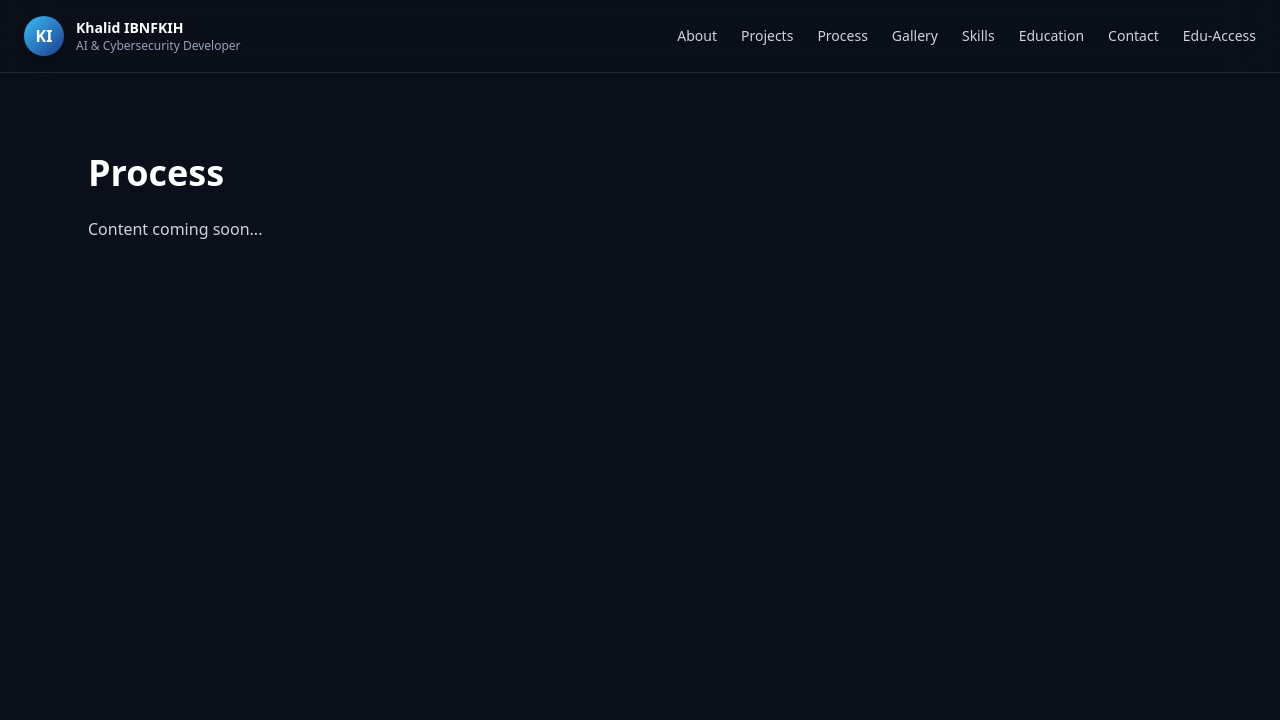
Repository: IBNKHALID06/KhalidAlxPortfolio
Page: /process
An editor plug-in stored every save of this project. The page is shown before and after the next save, followed by the edit.
The browser window is 1280 px wide. The pictures show the whole page.
The project was rebuilt for these pictures with package versions that can differ from the ones it lists, and the page was loaded fresh each time. Also part of the build but not shown: vite.config.js, src/pages/About.tsx, src/components/ProjectCard.tsx, src/pages/Projects.tsx, src/pages/Gallery.tsx, src/pages/Skills.tsx, src/pages/Education.tsx, src/pages/Contact.tsx and 1 more.

Above is the page before, as saved 2025-11-30 20:13:02.

After the next save:
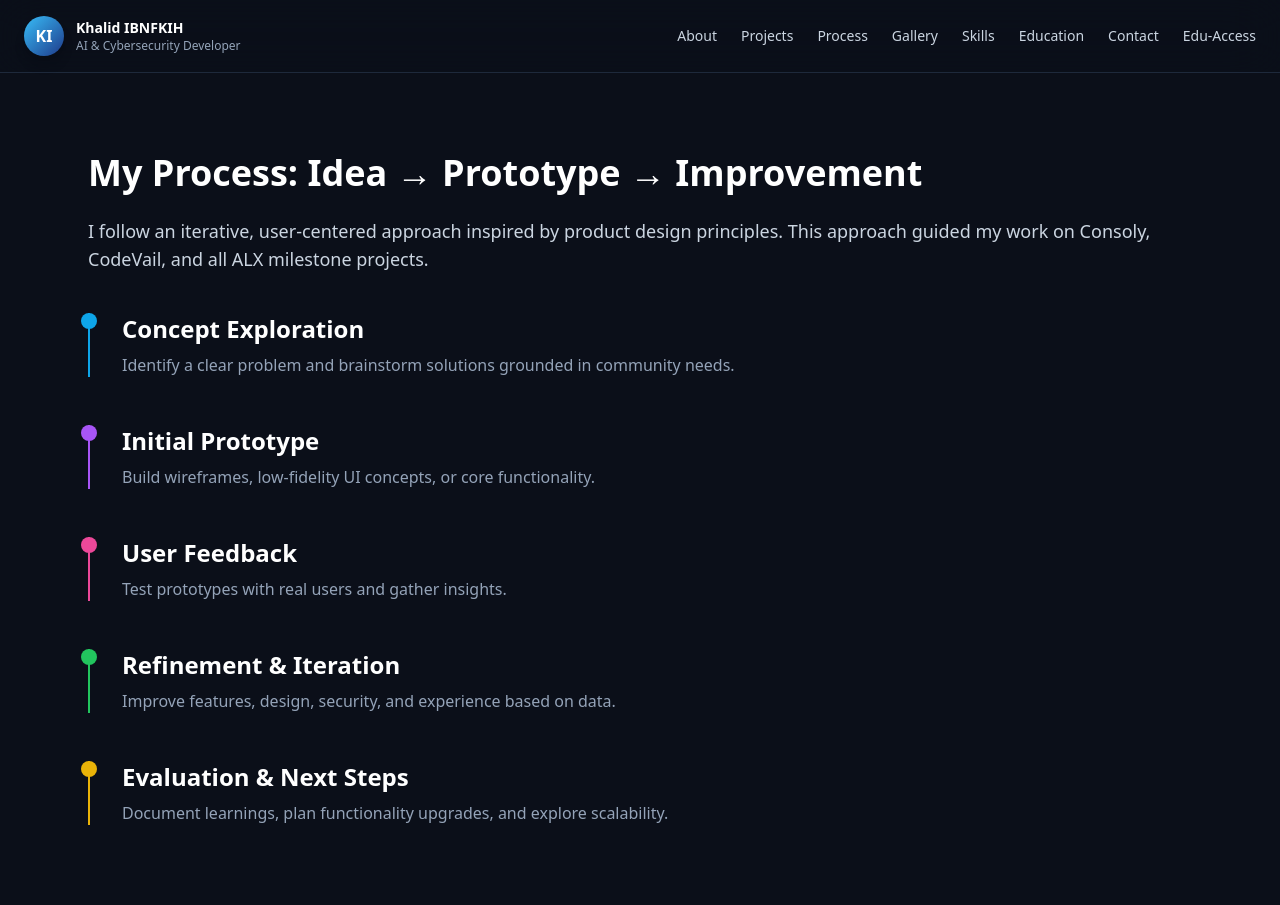
Saved 2 s later.
--- a/src/pages/Process.tsx
+++ b/src/pages/Process.tsx
@@ -3,8 +3,42 @@ import Page from "../components/Page";
 export default function Process() {
   return (
     <Page>
-      <h2 className="text-4xl font-bold mb-6">Process</h2>
-      <p className="text-slate-300">Content coming soon...</p>
+      <h2 className="text-4xl font-bold mb-6">My Process: Idea → Prototype → Improvement</h2>
+      <p className="text-slate-300 mb-10 text-lg">
+        I follow an iterative, user-centered approach inspired by product design principles. This approach guided my work on Consoly, CodeVail, and all ALX milestone projects.
+      </p>
+
+      <div className="space-y-12">
+        <div className="relative pl-8 border-l-2 border-sky-500">
+          <div className="absolute -left-[9px] top-0 w-4 h-4 rounded-full bg-sky-500"></div>
+          <h3 className="text-2xl font-semibold text-white mb-2">Concept Exploration</h3>
+          <p className="text-slate-400">Identify a clear problem and brainstorm solutions grounded in community needs.</p>
+        </div>
+
+        <div className="relative pl-8 border-l-2 border-purple-500">
+          <div className="absolute -left-[9px] top-0 w-4 h-4 rounded-full bg-purple-500"></div>
+          <h3 className="text-2xl font-semibold text-white mb-2">Initial Prototype</h3>
+          <p className="text-slate-400">Build wireframes, low-fidelity UI concepts, or core functionality.</p>
+        </div>
+
+        <div className="relative pl-8 border-l-2 border-pink-500">
+          <div className="absolute -left-[9px] top-0 w-4 h-4 rounded-full bg-pink-500"></div>
+          <h3 className="text-2xl font-semibold text-white mb-2">User Feedback</h3>
+          <p className="text-slate-400">Test prototypes with real users and gather insights.</p>
+        </div>
+
+        <div className="relative pl-8 border-l-2 border-green-500">
+          <div className="absolute -left-[9px] top-0 w-4 h-4 rounded-full bg-green-500"></div>
+          <h3 className="text-2xl font-semibold text-white mb-2">Refinement & Iteration</h3>
+          <p className="text-slate-400">Improve features, design, security, and experience based on data.</p>
+        </div>
+
+        <div className="relative pl-8 border-l-2 border-yellow-500">
+          <div className="absolute -left-[9px] top-0 w-4 h-4 rounded-full bg-yellow-500"></div>
+          <h3 className="text-2xl font-semibold text-white mb-2">Evaluation & Next Steps</h3>
+          <p className="text-slate-400">Document learnings, plan functionality upgrades, and explore scalability.</p>
+        </div>
+      </div>
     </Page>
   );
 }
